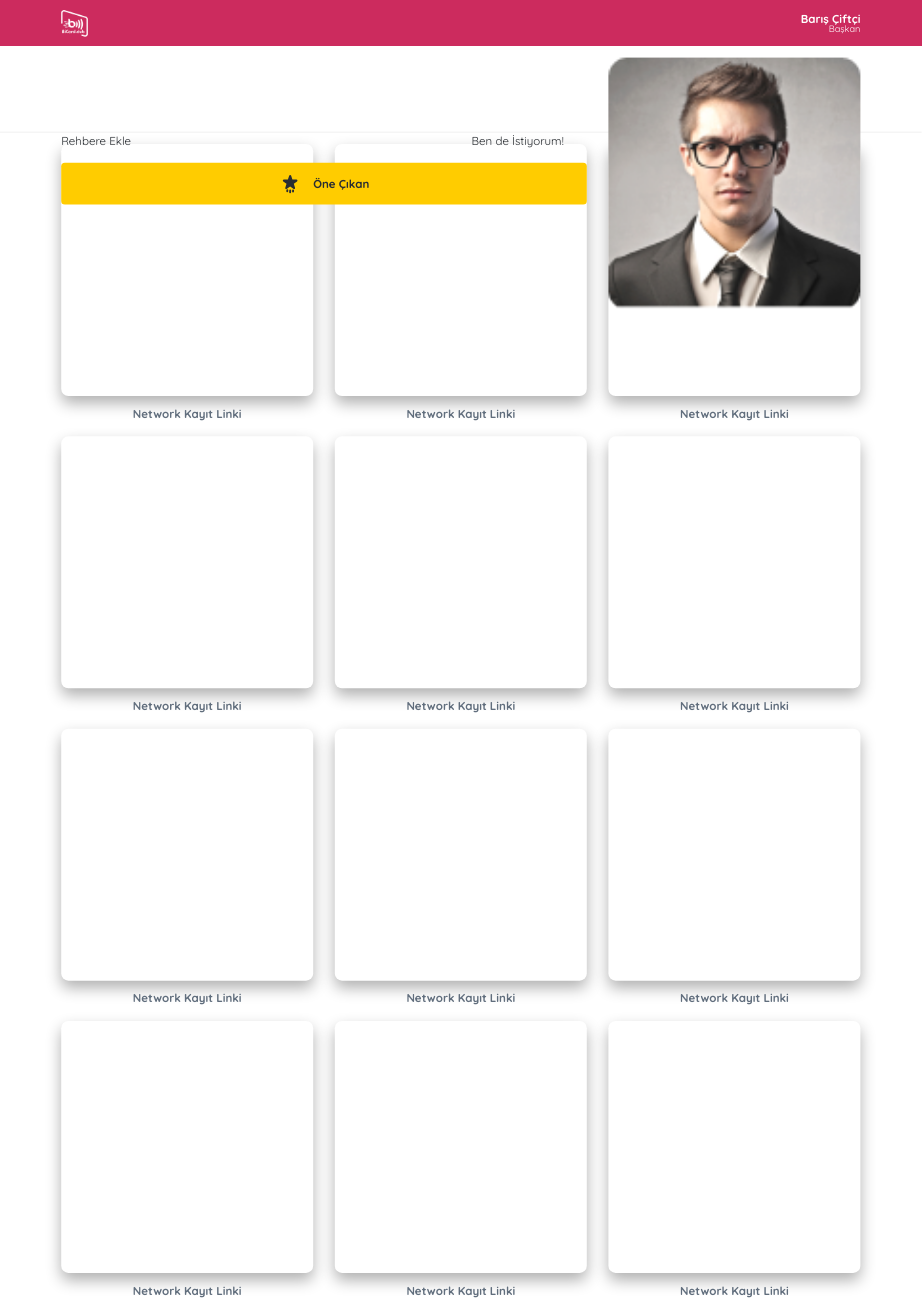
Repository: KayahanKahriman/bicard
Page: index.html
The author's editor kept a copy of each file at every save. The page is drawn from the files as they stood at one save, then again after the next save.
The browser window is 1280 px wide. The pictures show the whole page, at 72% of full size.
The style sheet was rebuilt from its Sass, Less or Tailwind sources for each picture, by a compiler version that may differ from the author's.

Above is the page before, as saved 2021-12-01 12:59:02.

After the next save:
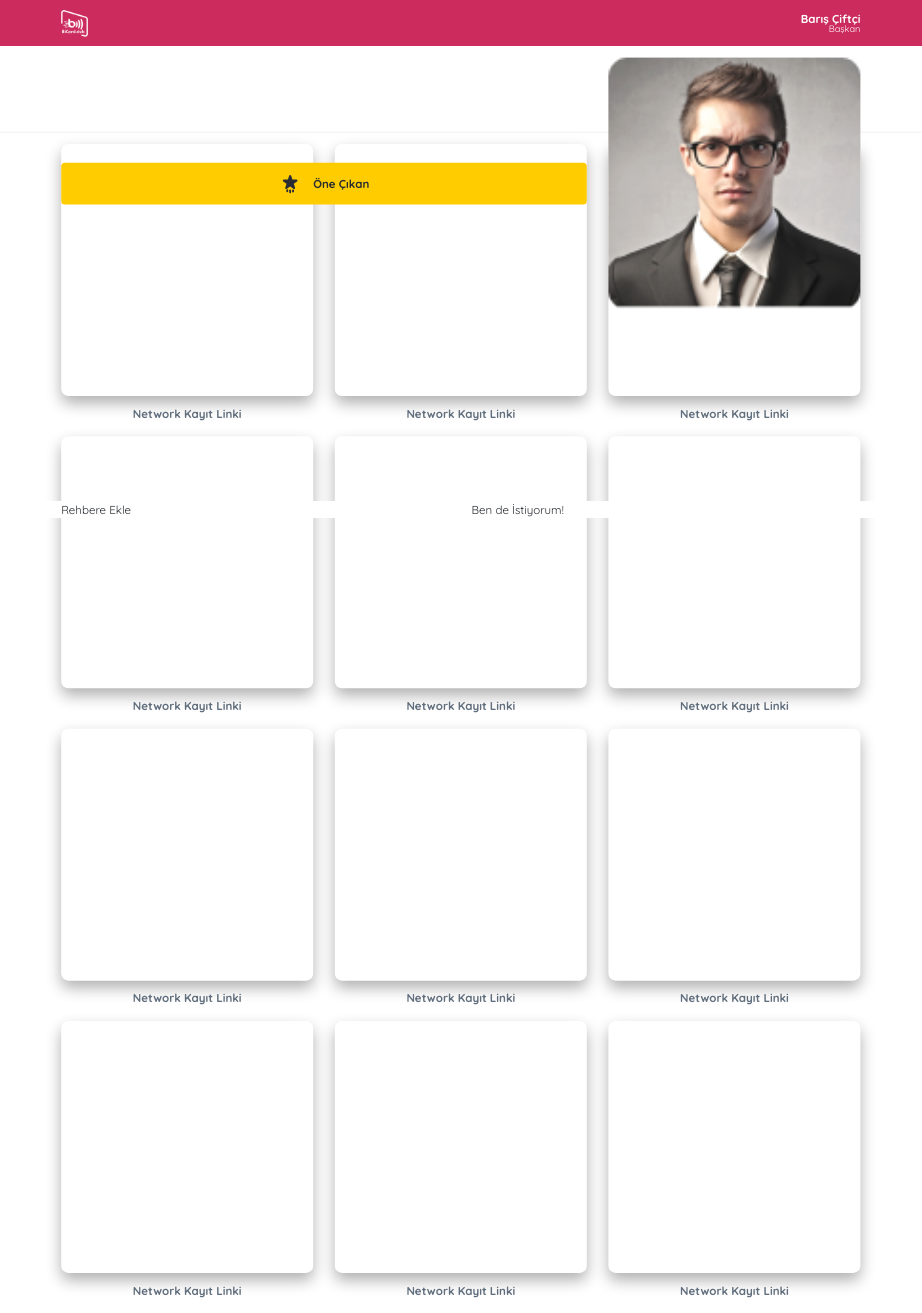
Saved 42 s later.
--- a/assets/scss/style.scss
+++ b/assets/scss/style.scss
@@ -43,6 +43,14 @@
   height: calc(var(--app-bar-height));
 }
 
+#fixed-buttons {
+  bottom: 0;
+  left: 0;
+  width: 100%;
+  position: fixed;
+  background-color: white;
+}
+
 /*------------------------------------*\
     RESPONSIVE
 \*------------------------------------*/
